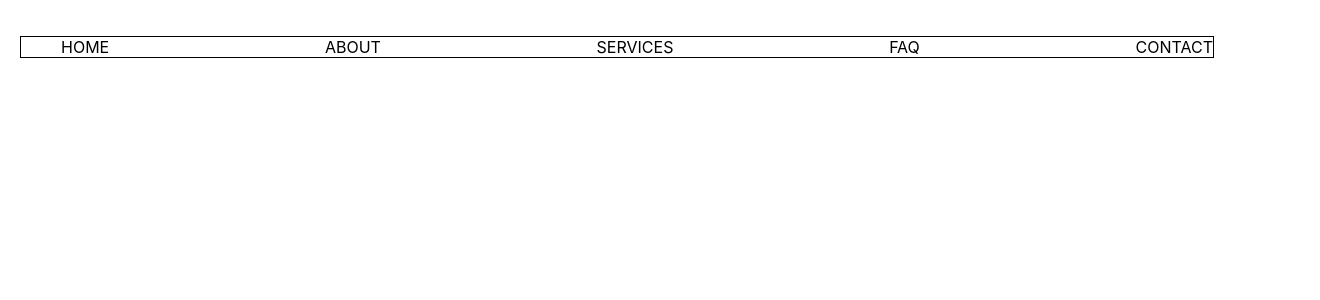
Repository: sriram1224/reactas1.github.io
Page: /
These files come from the project's save history. The page is drawn as it stood at one moment and after the next save; the edit follows.
The browser window is 1280 px wide. The page is 1320 px wide, so the pictures cover 1320 px, including what lies to the right of the window. The pictures show the whole page.
The project was rebuilt for these pictures with package versions that can differ from the ones it lists, and the page was loaded fresh each time.

Above is the page before, as saved 2024-03-05 06:47:54.

After the next save:
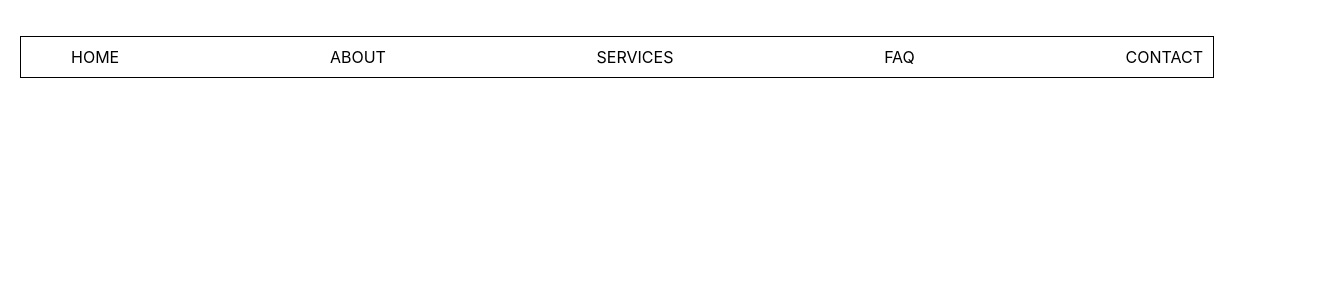
Saved 16 s later.
--- a/src/Components/Nav.css
+++ b/src/Components/Nav.css
@@ -15,5 +15,5 @@
     border: 1px solid #000;
 }
 .Nav ul li{
-
+    padding: 10px;
 }
